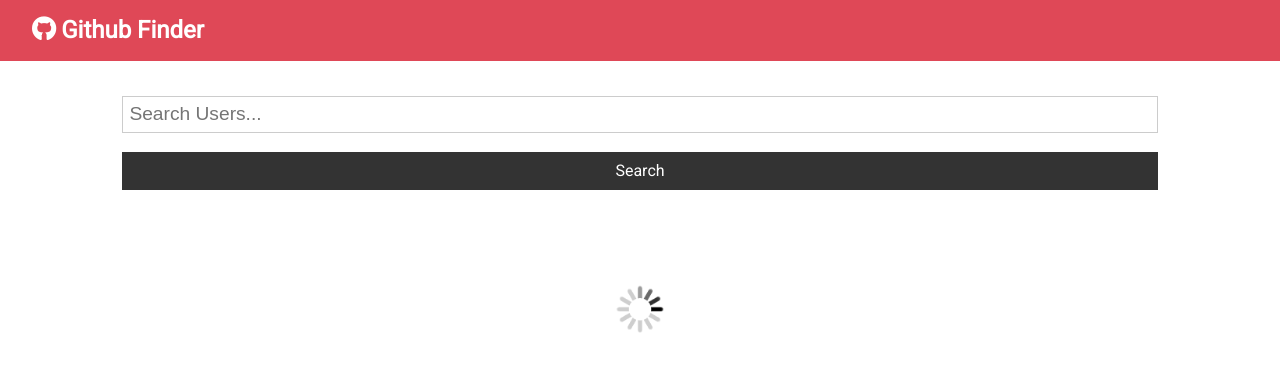
Repository: buddykaroon/github-finder
Page: /
The author's editor kept a copy of each file at every save. The page is drawn from the files as they stood at one save, then again after the next save.
The browser window is 1280 px wide. The pictures show the whole page.
The page's requests for data from a server got no answer. Some web libraries are served in a nearby version. The project was rebuilt for these pictures with package versions that can differ from the ones it lists, and the page was loaded fresh each time. No one was signed in, and anything a server would have sent is missing. Also part of the build but not shown: src/components/users/UserItem.js.

Above is the page before, as saved 2020-01-30 16:26:28.

### src/App.js
import React, {Component} from 'react';
import './App.css';
import Navbar from './components/layout/Navbar';
import Users from './components/users/Users';
import axios from 'axios';
import Search from './components/users/Search';
import { render } from '@testing-library/react';

class App extends Component {
  state = {
    users: [],
    loading: false
  }

  async componentDidMount() {
    this.setState({loading:true});
    const res = await axios.get(`https://api.github.com/users?client_id=${process.env.REACT_APP_GITHUB_CLIENT_ID}&
    ${process.env.REACT_APP_GITHUB_CLIENT_SECRET}`);
    this.setState({users:res.data, loading:false});
  }
  //Search Github Users
  searchUsers = async text => {
    const res = await axios.get(`https://api.github.com/search/users?q=${text}&client_id=${process.env.REACT_APP_GITHUB_CLIENT_ID}&
    ${process.env.REACT_APP_GITHUB_CLIENT_SECRET}`);
    this.setState({users:res.data, loading:false});
  }
  render()
  {
    return (
      <div className="App">
        <Navbar />
        <div className="container">
        <Search searchUsers = {this.searchUsers}></Search>
        <Users loading = {this.state.loading} users = {this.state.users}></Users>
        </div>
      </div>
    );
  }
};

export default App;

### src/components/layout/Navbar.js
import React, { Component } from 'react'
import PropTypes from 'prop-types'

const  Navbar = ({icon, title}) => {
        return (
            <nav className = "navbar bg-primary">
                <h1>
                <i className = {icon}></i> {title} </h1>
            </nav>
        );
};
//Passing in properties.
Navbar.defaultProps = {
    title: 'Github Finder',
    icon: 'fab fa-github'
};
//Requirements
Navbar.propTypes = {
    title: PropTypes.string.isRequired,
    icon: PropTypes.string.isRequired
};
export default Navbar

### src/components/users/Users.js
import React, { Component } from 'react'
import UserItem from './UserItem'
import PropTypes from 'prop-types'
import Spinner from '../layout/Spinner'
const Users = ({users, loading}) => {
    if (loading){
        return <Spinner></Spinner>
    }
    else {
        return (
            <div style = {userStyle}>
                {users.map(user =>
                    (
                    <UserItem key = {user.id} user = {user}/>
                    )
                    )}
            </div>
        );
    }
}

const userStyle = {
    display : 'grid',
    gridTemplateColumns: 'repeat(3, 1fr)',
    gridGap: '1rem'
}

Users.propTypes = {
    users: PropTypes.array.isRequired,
    loading: PropTypes.bool.isRequired
}
export default Users

### src/components/users/Search.js
import React, { Component } from 'react'

export class Search extends Component {
    state = {
        text:''
    }
    onSubmit = (e) => {
        e.preventDefault();
        this.props.searchUsers(this.state.text);
        this.setState({text: ''});
    }
    onChange = (e) => {
        this.setState( {text:e.target.value} );

    }
    render() {
        return (
            <div>
                <form onSubmit={this.onSubmit} className = "form">
                <input type="text" name = "text" placeholder = "Search Users..." value = {this.state.text} onChange = {this.onChange}/>
                <input type="submit" value = "Search" className = "btn btn-dark btn-block" />
                </form>
            </div>
        )
    }
}

export default Search

### src/components/layout/Spinner.js
import React, { Fragment } from 'react'
import spinner from './spinner.gif';
const Spinner = () =>
      <Fragment>
          <img src={spinner} alt="Loading..." style = {{width: '200px', margin:'auto', display:'block'}}/>
      </Fragment>
export default Spinner

Loaded but not shown: public/index.html (common file); src/index.js (common file); src/App.css (common file)

After the next save:
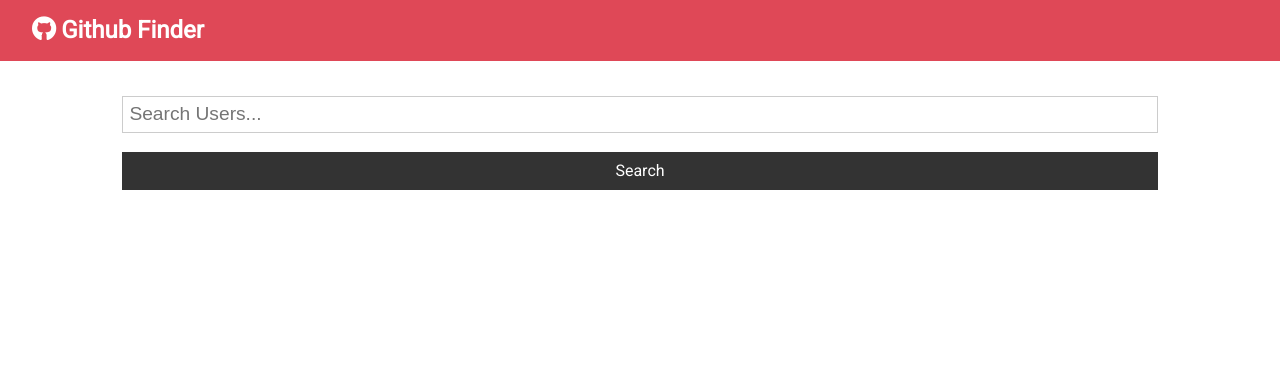
Saved 2 min 24 s later.
--- a/src/App.js
+++ b/src/App.js
@@ -12,12 +12,12 @@ class App extends Component {
     loading: false
   }
 
-  async componentDidMount() {
-    this.setState({loading:true});
-    const res = await axios.get(`https://api.github.com/users?client_id=${process.env.REACT_APP_GITHUB_CLIENT_ID}&
-    ${process.env.REACT_APP_GITHUB_CLIENT_SECRET}`);
-    this.setState({users:res.data, loading:false});
-  }
+  // async componentDidMount() {
+  //   this.setState({loading:true});
+  //   const res = await axios.get(`https://api.github.com/users?client_id=${process.env.REACT_APP_GITHUB_CLIENT_ID}&
+  //   ${process.env.REACT_APP_GITHUB_CLIENT_SECRET}`);
+  //   this.setState({users:res.data, loading:false});
+  // }
   //Search Github Users
   searchUsers = async text => {
     const res = await axios.get(`https://api.github.com/search/users?q=${text}&client_id=${process.env.REACT_APP_GITHUB_CLIENT_ID}&
